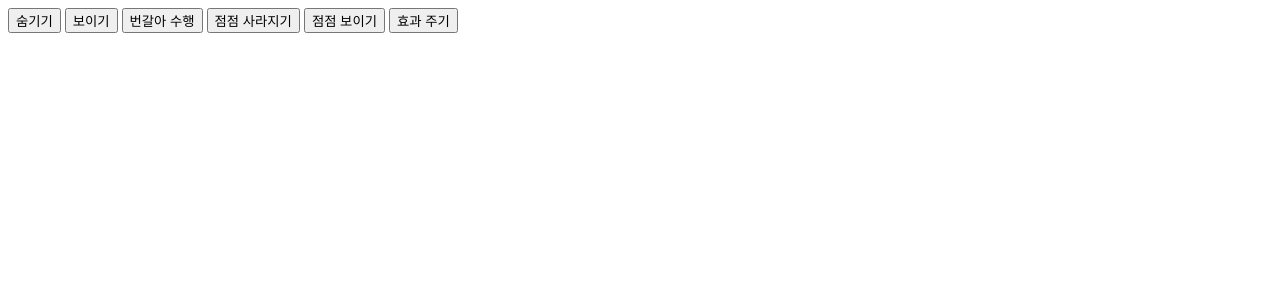
Repository: Shinhan1/shinhan
Page: http://localhost/web_goott/w20200324/jQueryEx12.jsp
An editor plug-in stored every save of this project. The page is shown before and after the next save, followed by the edit.
The browser window is 1280 px wide. The pictures show the whole page.
The page is served by Tomcat 9.

Above is the page before, as saved 2020-03-24 03:15:03.

After the next save:
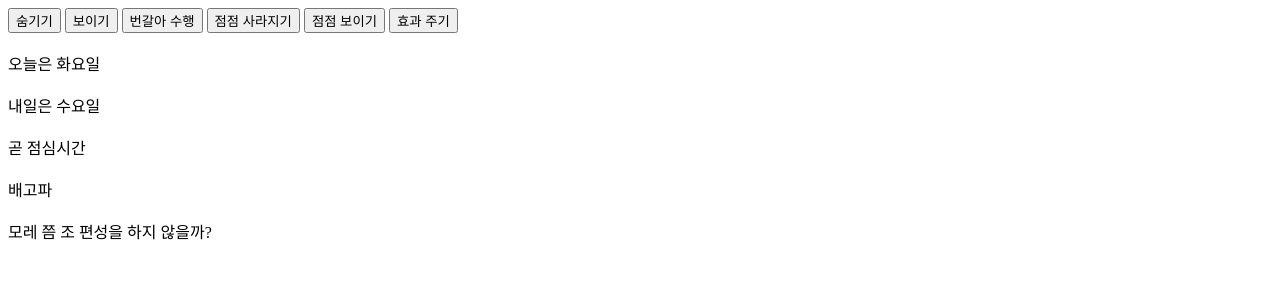
Saved 2 min 2 s later.
--- a/web_goott/WebContent/w20200324/jQueryEx12.jsp
+++ b/web_goott/WebContent/w20200324/jQueryEx12.jsp
@@ -14,5 +14,15 @@
 	<input type="button" value="점점 보이기" />
 	<input type="button" value="효과 주기" />
 
+	<div id="box1" stle="font-size: 20px">
+		<br />
+		오늘은 화요일 <br /><br />
+		내일은 수요일 <br /><br />
+		곧 점심시간 <br /><br />
+		배고파 <br /><br />
+		모레 쯤 조 편성을 하지 않을까?<br /><br />
+
+	</div>
+
 </body>
 </html>
